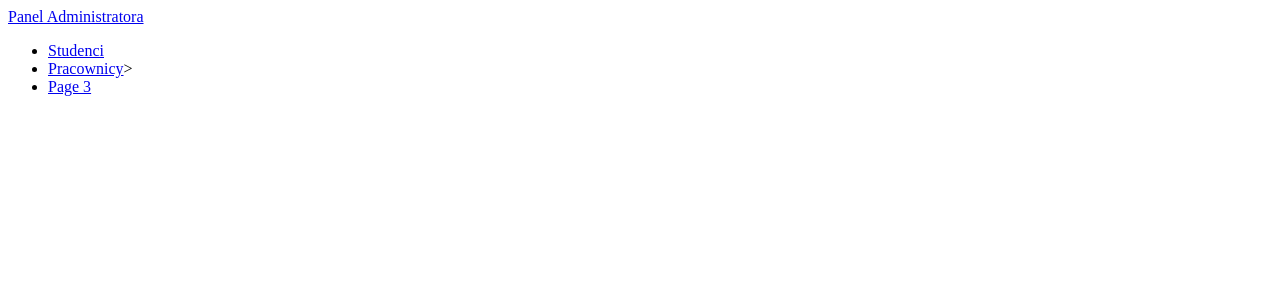
Repository: wojciechDrozd/php
Page: http://localhost/adminMenuBar.php
An editor plug-in stored every save of this project. The page is shown before and after the next save, followed by the edit.
The browser window is 1280 px wide. The pictures show the whole page.
The page is run by PHP 8.4 with error messages shown; the project is at /var/www/html/.

Above is the page before, as saved 2017-04-12 21:24:56.

### 1/CRUDexample/adminMenuBar.php
<nav class="navbar navbar-default">
  <div class="container-fluid">
    <div class="navbar-header">
      <a class="navbar-brand" href="#">Panel Administratora</a>
    </div>
    <ul class="nav navbar-nav">
      <li><a href="studentsTable.php"">Studenci</a></li>
      <li><a href="teachersTable.php">Pracownicy</a>></li>
      <li><a href="#">Page 3</a></li>
    </ul>
  </div>
</nav>


<!-- <div class="container">
<div class="row">
		<div class="col-md-12">
			<h1><b>Dziekanat</b></h1>
			<h2>Panel Administratora</h2><br/><br/>
		</div>
	</div>
	<div class="row">
		<div class="container">
			<a href="studentsTable.php" class="btn btn-info" role="button">Studenci</a>
			<a href="teachersTable.php" class="btn btn-info" role="button">Pracownicy</a>
			<a href="classesTable.php" class="btn btn-info" role="button">Przedmioty</a>
			<a href="ajax/logout.php" class="btn btn-danger" role="button">Wyloguj</a>
			<br/>
		</div>
	</div>
</div>

 -->

After the next save:
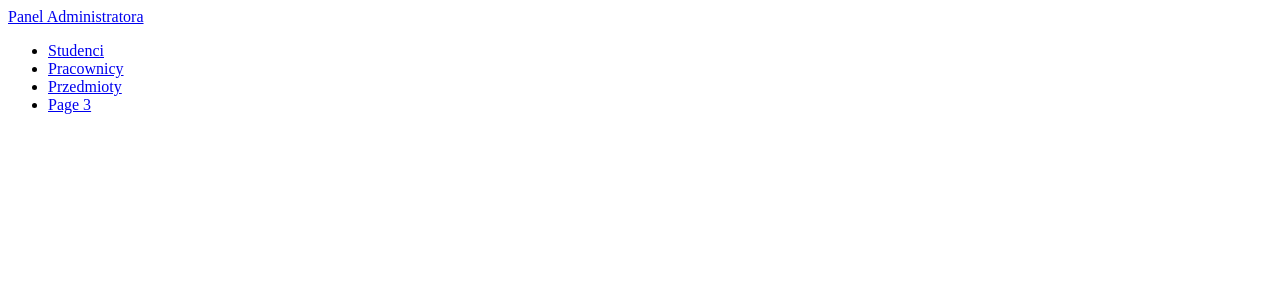
Saved 54 s later.
--- a/1/CRUDexample/adminMenuBar.php
+++ b/1/CRUDexample/adminMenuBar.php
@@ -5,7 +5,8 @@
     </div>
     <ul class="nav navbar-nav">
       <li><a href="studentsTable.php"">Studenci</a></li>
-      <li><a href="teachersTable.php">Pracownicy</a>></li>
+      <li><a href="teachersTable.php">Pracownicy</a></li>
+      <li><a href="classesTable.php">Przedmioty</a></li>
       <li><a href="#">Page 3</a></li>
     </ul>
   </div>
